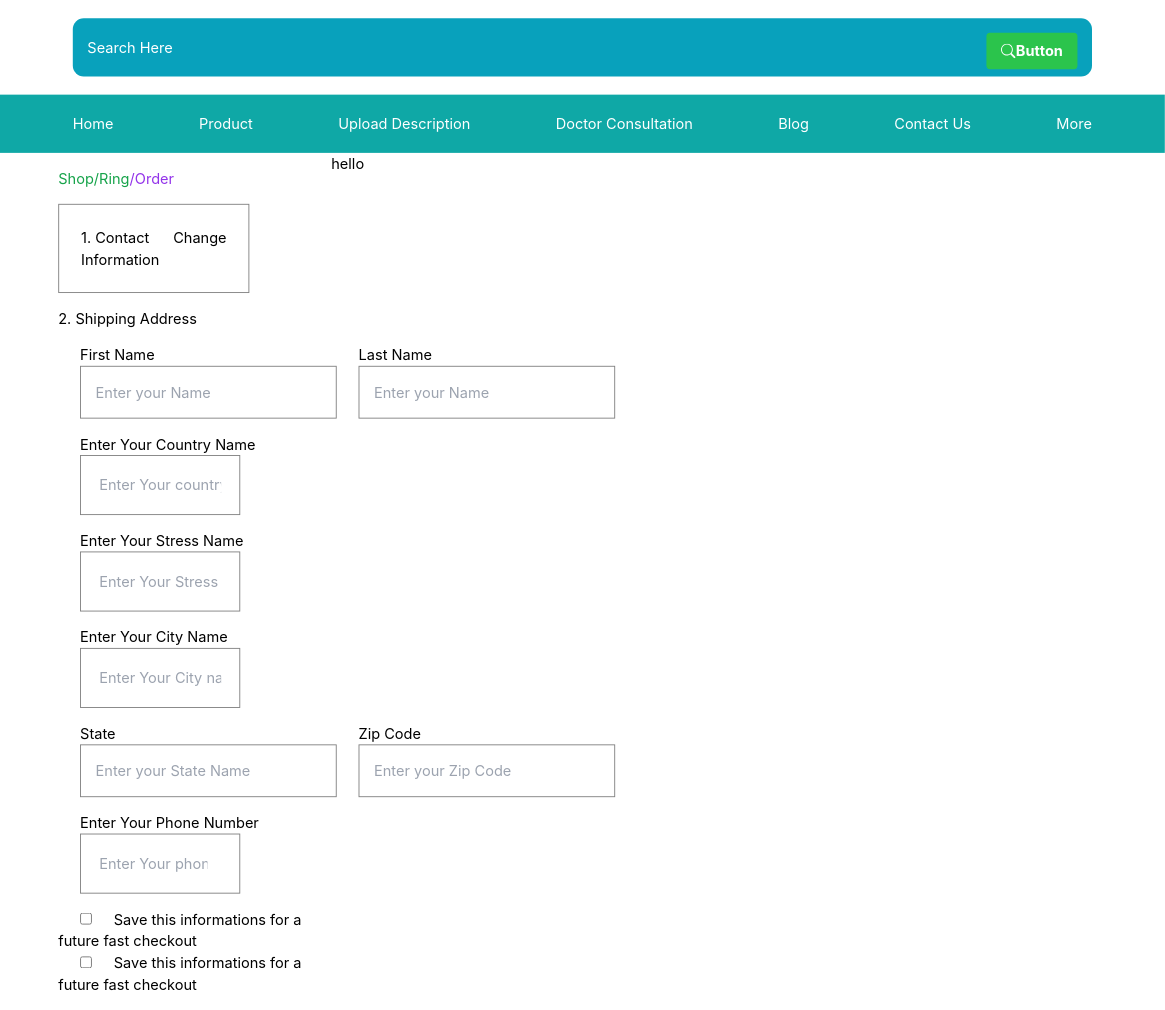
Repository: arafatmollah/form-pharma
Page: /
An editor plug-in stored every save of this project. The page is shown before and after a run of saves, followed by the edit.
The browser window is 1280 px wide. The pictures show the whole page, at 91% of full size.
The project was rebuilt for these pictures with package versions that can differ from the ones it lists, and the page was loaded fresh each time.

Above is the page before, as saved 2023-03-15 00:08:27.

After the next 2 saves:
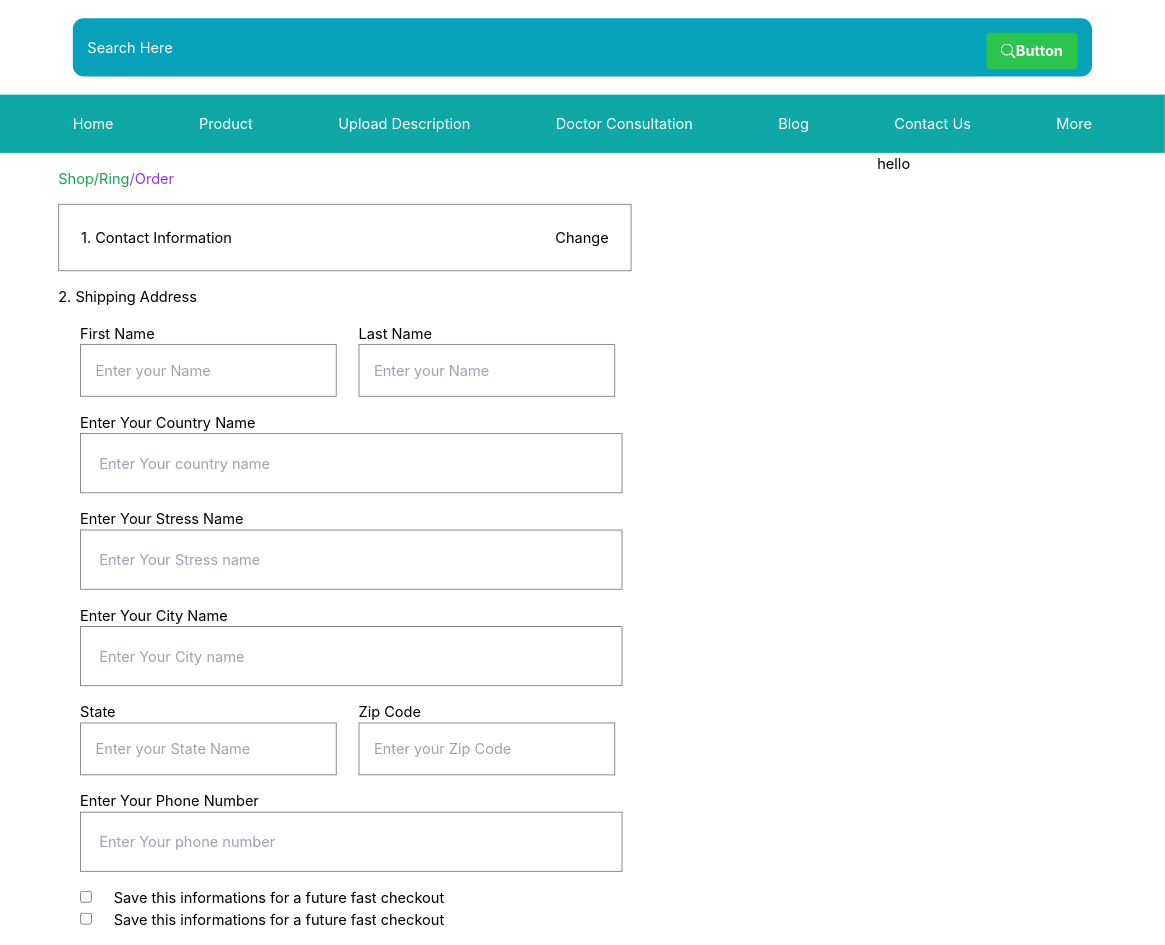
The 2 saves are shown as one change because they came seconds apart.
The last was saved 12 s later.
--- a/src/App.css
+++ b/src/App.css
@@ -27,5 +27,5 @@
 }
 .information{
   display: grid;
-  grid-template-columns: 300px 200px;
+  grid-template-columns: 900px 200px;
 }
